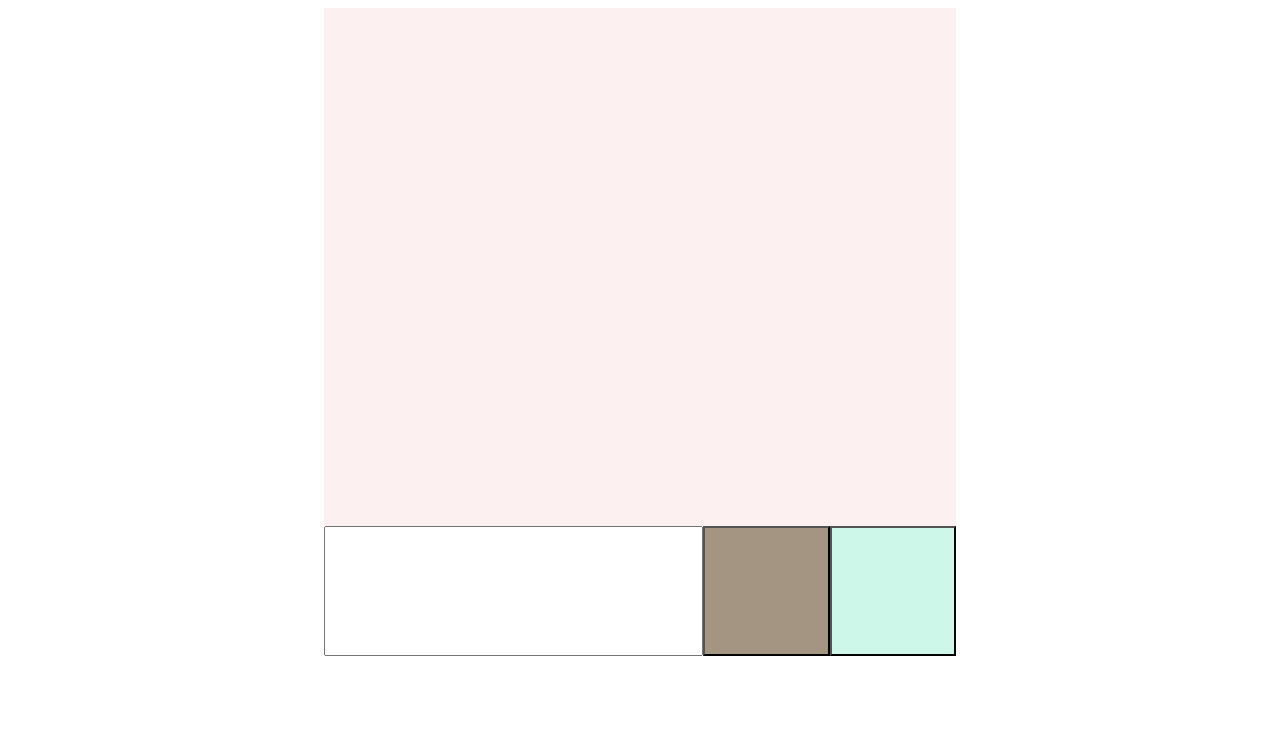
Repository: ddt2h/node-express-chat
Page: front/index.html
An editor plug-in stored every save of this project. The page is shown before and after the next save, followed by the edit.
The browser window is 1280 px wide. The pictures show the whole page.

Above is the page before, as saved 2024-07-05 14:59:38.

### front/index.html
<!DOCTYPE html>
<html lang="en">

<head>
    <meta charset="UTF-8">
    <meta name="viewport" content="width=device-width, initial-scale=1.0">
    <style>
        body {
            display: grid;
            justify-items: center;
            height: 100vh;
        }

        .mainframe {
            width: 50%;
            height: 90%;
            background-color: rgb(252, 240, 240);
            display: grid;
            grid-template-columns: repeat(5, 1fr);
            grid-template-rows: repeat(5, 1fr);
            grid-column-gap: 0px;
            grid-row-gap: 0px;
        }

        .mainframe-input {
            grid-area: 5 / 1 / 6 / 4;
        }

        .mainframe-send {
            grid-area: 5 / 4 / 6 / 5;
            background-color: rgb(163, 149, 130);
        }

        .mainframe-attach {
            grid-area: 5 / 5 / 6 / 6;
            background-color: rgb(205, 247, 233);
        }

        .mainframe-field {
            grid-area: 1 / 1 / 5 / 6;
        }
    </style>
    <title>---</title>
</head>

<body>
    <div class="mainframe">
        <input type="text" class="mainframe-input">
        <input type="button" class="mainframe-send">
        <input type="button" class="mainframe-attach">
        <div class="mainframe-field">
    </div>

</body>

</html>

After the next save:
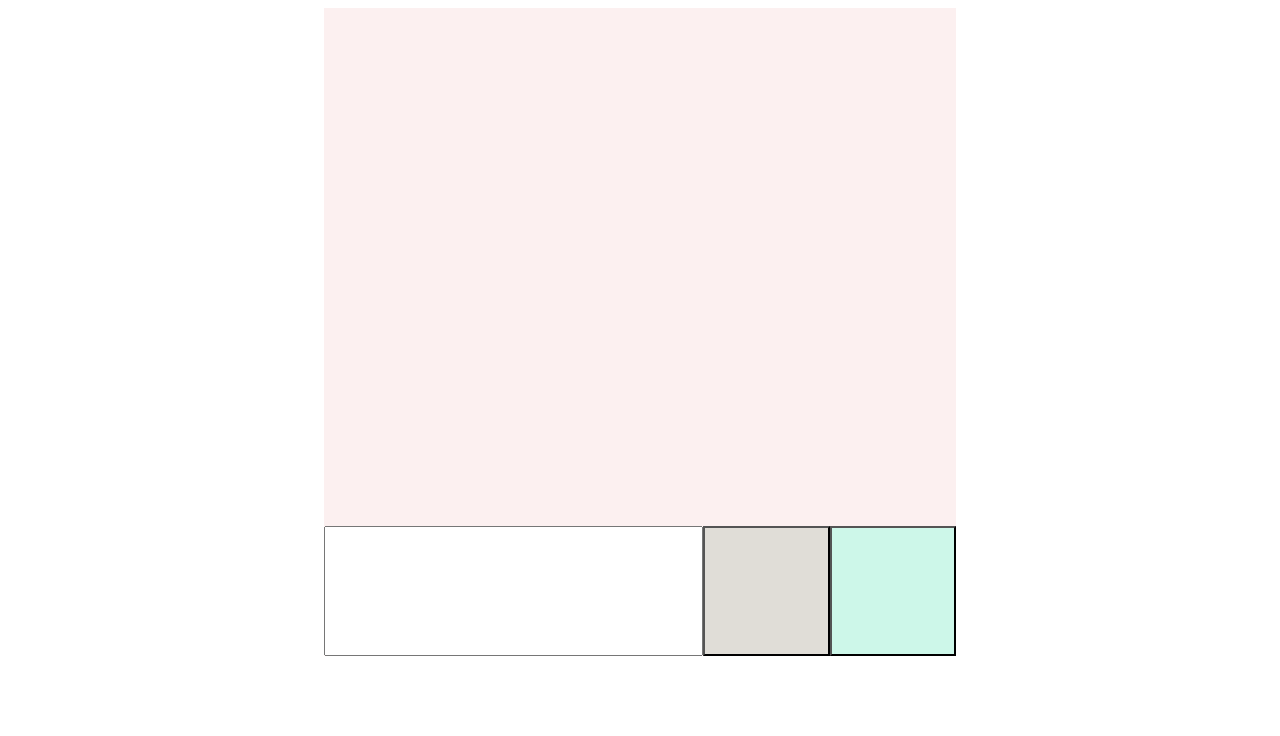
Saved 16 s later.
--- a/front/index.html
+++ b/front/index.html
@@ -28,7 +28,7 @@
 
         .mainframe-send {
             grid-area: 5 / 4 / 6 / 5;
-            background-color: rgb(163, 149, 130);
+            background-color: rgb(224, 221, 215);
         }
 
         .mainframe-attach {
